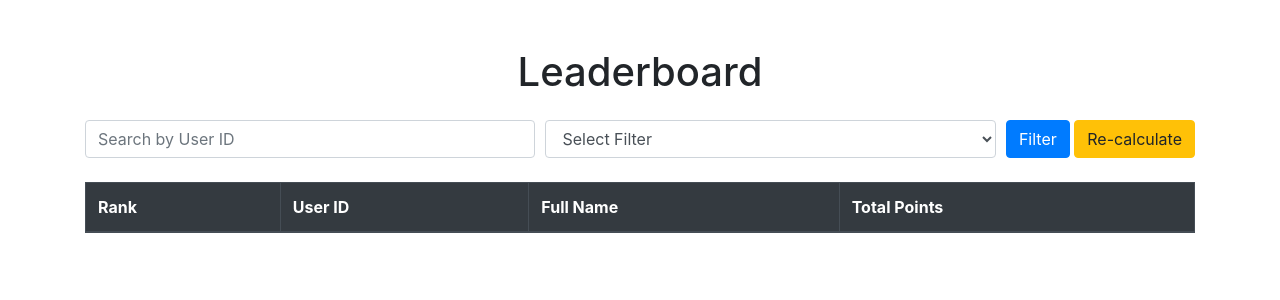
Repository: khushaldayala/practical_test
Page: http://localhost/
The author's editor kept a copy of each file at every save. The page is drawn from the files as they stood at one save, then again after a run of saves.
The browser window is 1280 px wide. The pictures show the whole page.
The page is served by the project's Laravel application, run on PHP 8.4 with Laravel 12. Queries for data that is not in the repository find no rows.

Above is the page before, as saved 2024-10-23 23:52:22.

After the next 3 saves:
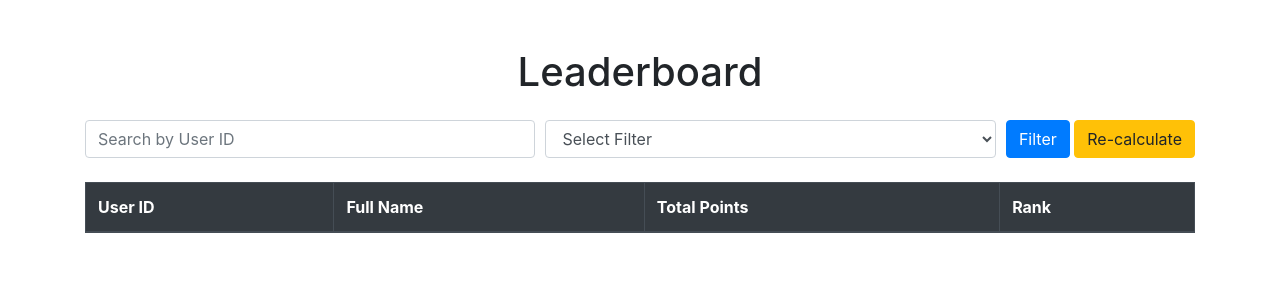
The 3 saves are shown as one change because they came seconds apart.
The last was saved 10 s later.
--- a/resources/views/welcome.blade.php
+++ b/resources/views/welcome.blade.php
@@ -36,10 +36,10 @@
             <table class="table table-bordered table-striped">
                 <thead class="thead-dark">
                     <tr>
-                        <th>Rank</th>
                         <th>User ID</th>
                         <th>Full Name</th>
                         <th>Total Points</th>
+                        <th>Rank</th>
                     </tr>
                 </thead>
                 <tbody>
